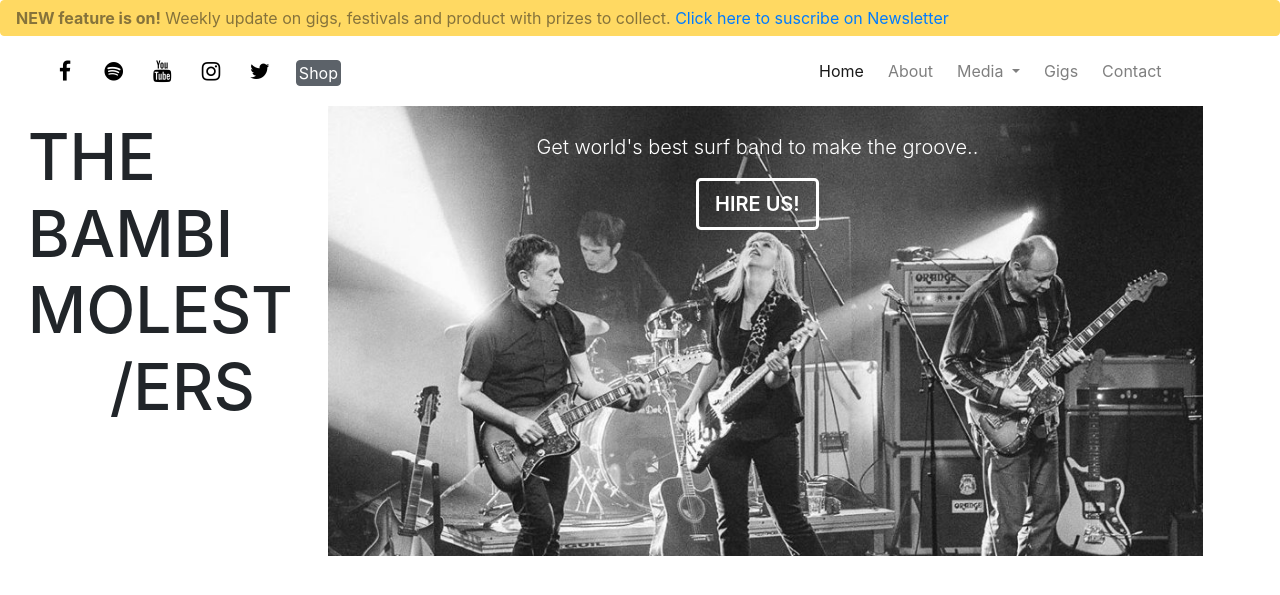
Repository: NamcorStudent/Stream_1_Project_HTML5-CSS3
Page: index.html
The author's editor kept a record of every edit. The page is drawn from the files as they stood at one moment, then again after the next edit.
The browser window is 1280 px wide. The pictures show the whole page.
Some web libraries are served in a nearby version.

Above is the page before.

After the next edit:
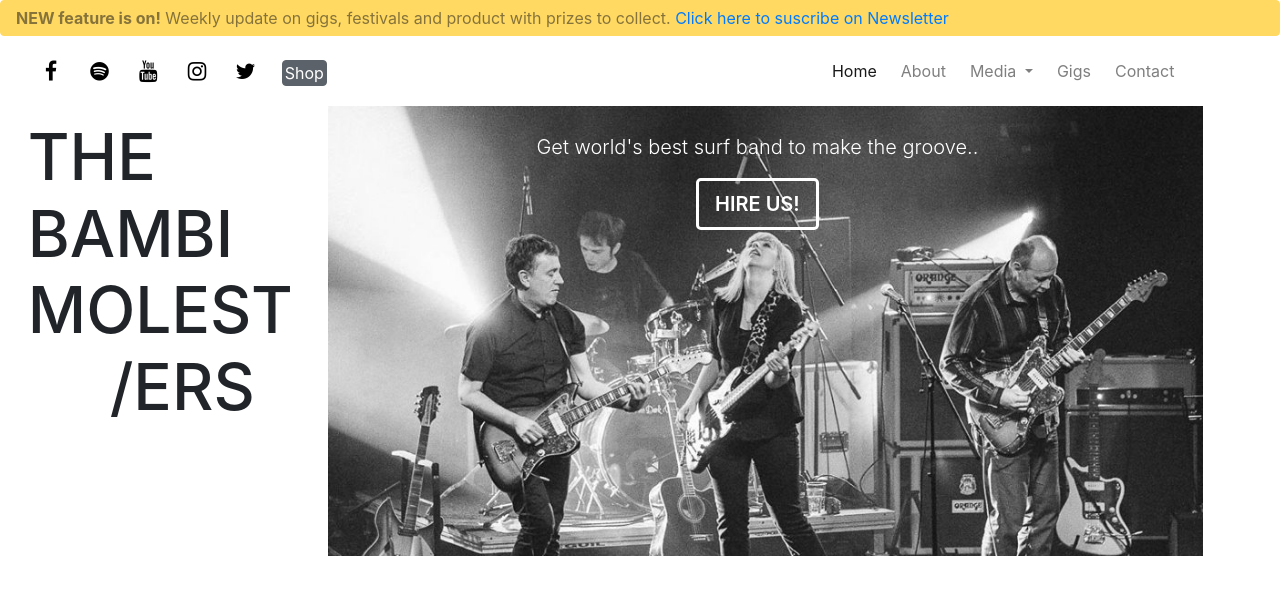
The edit:
--- a/index.html
+++ b/index.html
@@ -23,7 +23,7 @@
         </div>
     </div>
     <!--Social & Nav-->
-    <div class="container-fluid nav-alert-wrapper">
+    <div class="container-fluid nav-wrapper">
         <nav class="navbar navbar-light navbar-expand-sm">
             <div class="social-links mr-auto">
                 <ul class="list-inline social-links">
